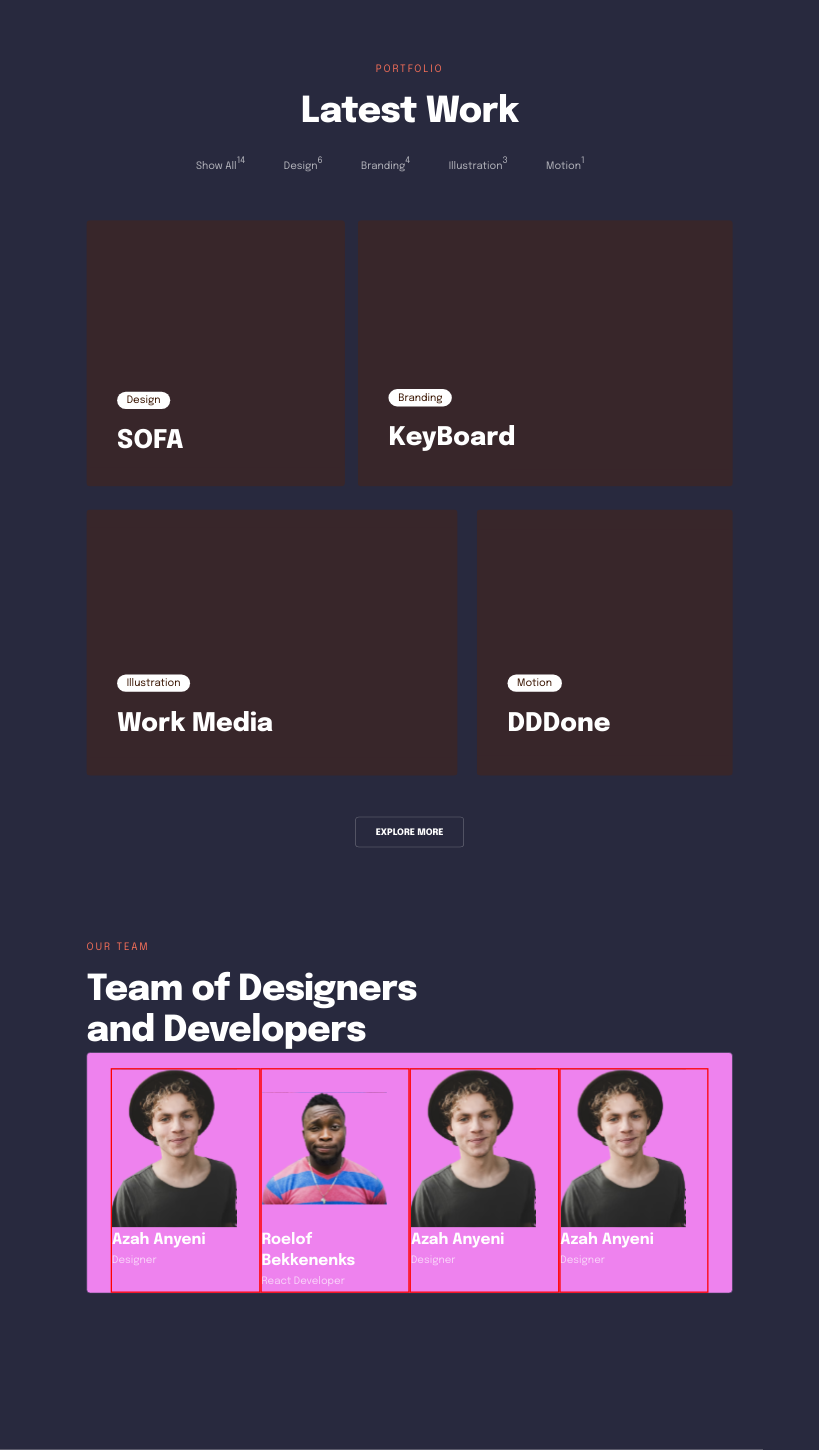
Repository: FidanXankishiyeva/figma-positions-task
Page: index.html
The author's editor kept a copy of each file at every save. The page is drawn from the files as they stood at one save, then again after the next save.
The browser window is 1280 px wide. The pictures show the whole page, at 64% of full size.

Above is the page before, as saved 2023-08-10 13:36:05.

### index.html
<!DOCTYPE html>
<html lang="en">

<head>
    <meta charset="UTF-8">
    <meta name="viewport" content="width=device-width, initial-scale=1.0">
    <title>Document</title>
    <link rel="stylesheet" href="index.css">
</head>

<body>
    <div class="container">
        <div class="page-1">
            <div class="text-box">
                <h1>Portfolio</h1>
                <h2>Latest Work</h2>
            </div>
            <nav class="position-box">
                <ul>
                    <li>
                        <h1>Show All</h1>
                        <p>14</p>
                    </li>
                    <li>
                        <h1>Design</h1>
                        <p>6</p>
                    </li>
                    <li>
                        <h1>Branding</h1>
                        <p>4</p>
                    </li>
                    <li>
                        <h1>Illustration</h1>
                        <p>3</p>
                    </li>
                    <li>
                        <h1>Motion</h1>
                        <p>1</p>
                    </li>
                </ul>
            </nav>
            <div class="photo-box">
                <div class="sofa-box">
                    <img src="./photo/sofa.svg" alt="">
                    <div class="design-box">
                        <a href="#">Design</a>
                        <p>SOFA</p>

                    </div>
                </div>
                <div class="keyboard-box">
                    <img src="./photo/keyboard.svg" alt="">
                    <div class="branding-box">
                        <a href="#">Branding</a>
                        <p>KeyBoard</p>
                    </div>
                </div>
            </div>

            <div class="photo-box-2">
                <div class="work-media">
                    <img src="./photo/Work-Media.svg" alt="">
                    <div class="illustration-box">
                        <a href="#">Illustration</a>
                        <p>Work Media</p>
                    </div>
                </div>
                <div class="done-box">
                    <img src="./photo/done.svg" alt="">
                    <div class="motion-box">
                        <a href="#">Motion</a>
                        <p>DDDone</p>
                    </div>
                </div>
            </div>
            <button>
                Explore more
            </button>
        </div>
        <div class="page-2">
            <div class="text-box-2">
                <h3 >Our Team</h3>
                <h4>Team of Designers
                    and Developers</h4>
            </div>
            <div class="team-person">
                <ul>
                    <li>
                        <img src="./photo/azah.svg" alt="">
                        <h5>Azah Anyeni</h5>
                        <h6>Designer</h6>
                    </li>
                    <li>
                        <img src="./photo/roelof.svg" alt="">
                        <h5>Roelof Bekkenenks</h5>
                        <h6>React Developer</h6>
                    </li>
                    <li>
                        <img src="./photo/azah.svg" alt="">
                        <h5>Azah Anyeni</h5>
                        <h6>Designer</h6>
                    </li>
                    <li>
                        <img src="./photo/azah.svg" alt="">
                        <h5>Azah Anyeni</h5>
                        <h6>Designer</h6>
                    </li>
                </ul>
            </div>
        </div>
    </div>

</body>

</html>

### index.css
@import url("https://fonts.googleapis.com/css2?family=Epilogue:wght@400;700;800&display=swap");
* {
  margin: 0;
  padding: 0;
  box-sizing: border-box;
}

.container {
  width: 100%;
  background-color: #28293e;
}

.page-1 {
  padding: 92px 135px 0 135px;
}
.text-box h1 {
  margin-bottom: 20px;
  color: var(--text-light-accent, #ef6d58);
  text-align: center;
  font-feature-settings: "clig" off, "liga" off;
  font-family: Epilogue;
  font-size: 16px;
  font-style: normal;
  font-weight: 400;
  line-height: 32px;
  letter-spacing: 3px;
  text-transform: uppercase;
}

.text-box h2 {
  margin-bottom: 36px;
  color: var(--text-light, #fff);
  text-align: center;
  font-feature-settings: "clig" off, "liga" off;
  font-family: Epilogue;
  font-size: 56px;
  font-style: normal;
  font-weight: 800;
  line-height: 64px;
  letter-spacing: -1px;
}

.position-box ul {
  display: flex;
  justify-content: center;
}

.position-box ul li {
  list-style-type: none;
  margin-right: 60px;
  display: flex;
}

.position-box ul li h1 {
  color: var(--text-light-gray, rgba(255, 255, 255, 0.64));
  font-feature-settings: "clig" off, "liga" off;
  font-family: Epilogue;
  font-size: 16px;
  font-style: normal;
  font-weight: 400;
  line-height: 32px;
}

.position-box ul li p {
  color: var(--text-light-gray, rgba(255, 255, 255, 0.64));
  text-align: center;
  font-feature-settings: "clig" off, "liga" off;
  font-family: Epilogue;
  font-size: 14px;
  font-style: normal;
  font-weight: 400;
}

.photo-box {
  display: flex;
  justify-content: space-between;
  margin-top: 68px;
}

.sofa-box {
  width: 40%;
  position: relative;
}

.design-box {
  position: absolute;
  bottom: 51px;
  left: 48px;
  /* top: 50%;
    left: 50%;
    transform: translate(-50%, -50%); */
}

.sofa-box img {
  width: 100%;
  height: 416px;
  margin-right: 30px;
  border-radius: 6px;
  opacity: 0.3181;
  background: #5c2000;
}

.photo-box a {
  width: 84px;
  height: 38px;
  padding: 5px 15px;
  text-decoration: none;
  border-radius: 19px;
  background: #fff;
  color: var(--text-dark, #391400);
  font-feature-settings: "clig" off, "liga" off;
  font-family: Epilogue;
  font-size: 16px;
  font-style: normal;
  font-weight: 400;
  line-height: 32px;
}

.photo-box p {
  margin-top: 23px;
  color: var(--text-light, #fff);
  font-feature-settings: "clig" off, "liga" off;
  font-family: Epilogue;
  font-size: 40px;
  font-style: normal;
  font-weight: 800;
  line-height: 48px;
}

.keyboard-box {
  position: relative;
  width: 58%;
  height: 416px;
}

.keyboard-box img {
  width: 100%;
  height: 100%;
  border-radius: 6px;
  opacity: 0.3181;
  background: #5c2000;
}

.branding-box {
  position: absolute;
  bottom: 51px;
  left: 48px;
}

.photo-box-2 {
  display: flex;
  justify-content: space-between;
  margin-top: 32px;
}

.work-media {
  position: relative;
  margin-right: 30px;
  width: 58%;
  height: 416px;
}

.work-media img {
  width: 100%;
  height: 100%;
  border-radius: 6px;
  opacity: 0.3181;
  background: #5c2000;
}

.photo-box-2 a {
  padding: 5px 15px;
  border-radius: 19px;
  text-decoration: none;
  background: #fff;
  color: var(--text-dark, #391400);
  font-feature-settings: "clig" off, "liga" off;
  font-family: Epilogue;
  font-size: 16px;
  font-style: normal;
  font-weight: 400;
  line-height: 32px;
}

.photo-box-2 p {
  margin-top: 23px;
  color: var(--text-light, #fff);
  font-feature-settings: "clig" off, "liga" off;
  font-family: Epilogue;
  font-size: 40px;
  font-style: normal;
  font-weight: 800;
  line-height: 48px;
}

.illustration-box {
  position: absolute;
  top: 256px;
  left: 48px;
}

.done-box {
  position: relative;
  width: 40%;
  height: 416px;
}

.done-box img {
  width: 100%;
  height: 100%;

  border-radius: 6px;
  opacity: 0.3181;
  background: #5c2000;
}

.motion-box {
  position: absolute;
  top: 256px;
  left: 48px;
}

.box {
  position: absolute;
  top: 64px;
  left: 500px;
}

button {
  width: 170px;
  height: 48px;
  /* padding: 18px 31px; */
  margin: auto;
  margin-top: 64px;
  display: block;
  border-radius: 6px;
  border: 1px solid rgba(255, 255, 255, 0.3);
  background-color: #28293e;
  text-decoration: none;
  color: #fff;
  text-align: center;
  font-family: Epilogue;
  font-size: 14px;
  font-style: normal;
  font-weight: 900;
  line-height: normal;
  text-transform: uppercase;
}
/* page-2 design */
.page-2 {
  padding: 140px 135px 244px 135px;
}
.text-box-2 {
  width: 531px;
}
.text-box-2 h3 {
  color: var(--text-light-accent, #ef6d58);
  font-feature-settings: "clig" off, "liga" off;
  font-family: Epilogue;
  font-size: 16px;
  font-style: normal;
  font-weight: 400;
  line-height: 32px;
  letter-spacing: 3px;
  text-transform: uppercase;
}
.text-box-2 h4 {
  margin-top: 20px;
  color: var(--text-light, #fff);
  font-feature-settings: "clig" off, "liga" off;
  font-family: Epilogue;
  font-size: 56px;
  font-style: normal;
  font-weight: 800;
  line-height: 64px;
  letter-spacing: -1px;
}
.team-person ul {
  padding: 24px 37px 0px 37px;
  display: flex;
  border-radius: 6px;
  border: 1px solid #3a3c56;
  background-color: violet;
}
.team-person ul li {
  list-style-type: none;
    width: 25%;
    border: 2px solid red;
}
.team-person img {
  width: 196px;
  height: 247px;
}
.team-person h5 {
  color: var(--text-light, #fff);
  font-feature-settings: "clig" off, "liga" off;
  font-family: Epilogue;
  font-size: 24px;
  font-style: normal;
  font-weight: 700;
  line-height: 32px;
}
.team-person h6 {
  color: var(--text-light-gray, rgba(255, 255, 255, 0.64));
  font-feature-settings: "clig" off, "liga" off;
  font-family: Epilogue;
  font-size: 16px;
  font-style: normal;
  font-weight: 400;
  line-height: 32px;
}

After the next save:
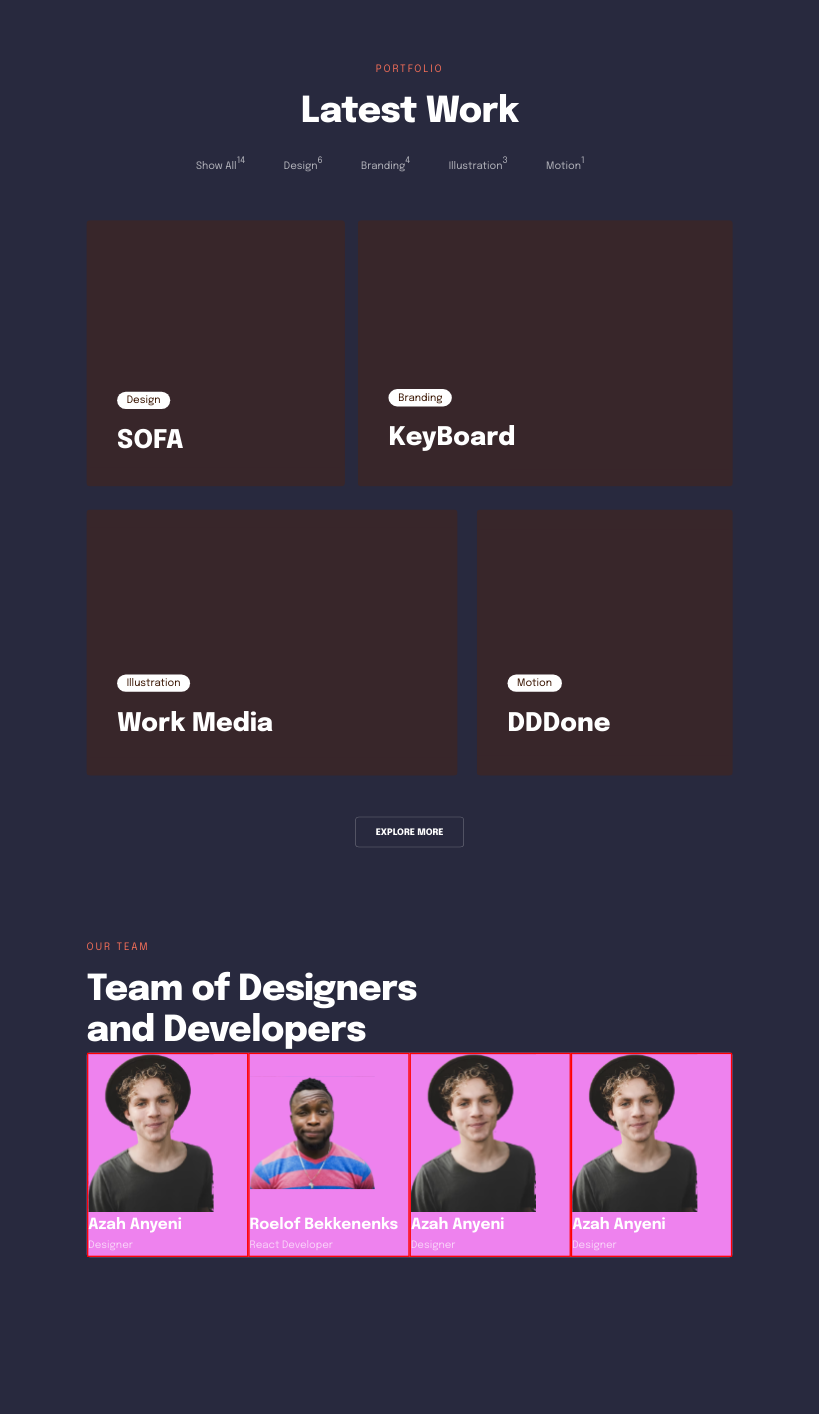
Saved 13 s later.
--- a/index.css
+++ b/index.css
@@ -276,7 +276,7 @@ button {
   letter-spacing: -1px;
 }
 .team-person ul {
-  padding: 24px 37px 0px 37px;
+  /* padding: 24px 37px 0px 37px; */
   display: flex;
   border-radius: 6px;
   border: 1px solid #3a3c56;
